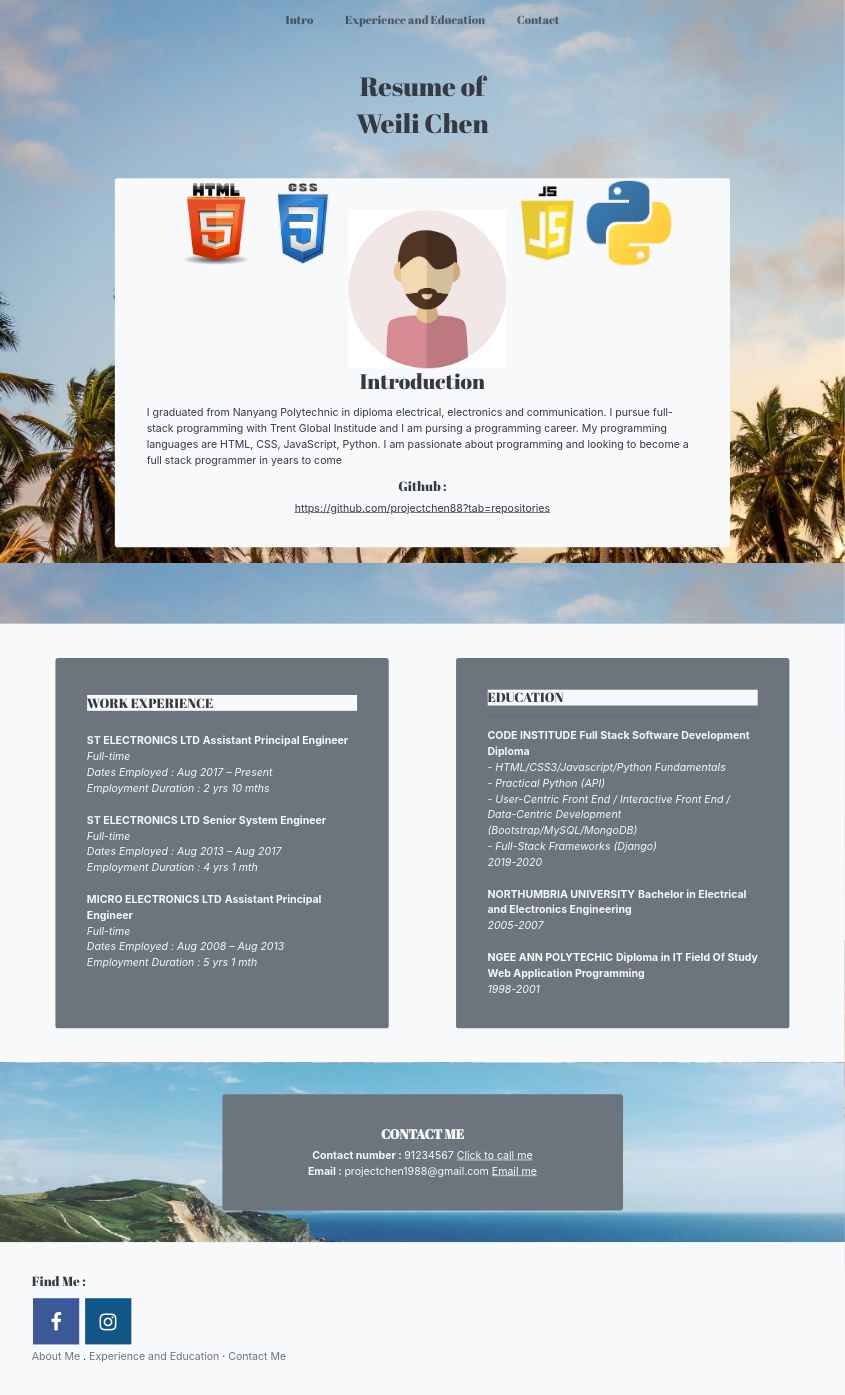
Repository: projectchen88/firstproject
Page: index.html
The author's editor kept a record of every edit. The page is drawn from the files as they stood at one moment, then again after the next edit.
The browser window is 1280 px wide. The pictures show the whole page, at 66% of full size.
Backgrounds fixed to the window are drawn as part of the page. Some web libraries are served in a nearby version.

Above is the page before.

After the next edit:
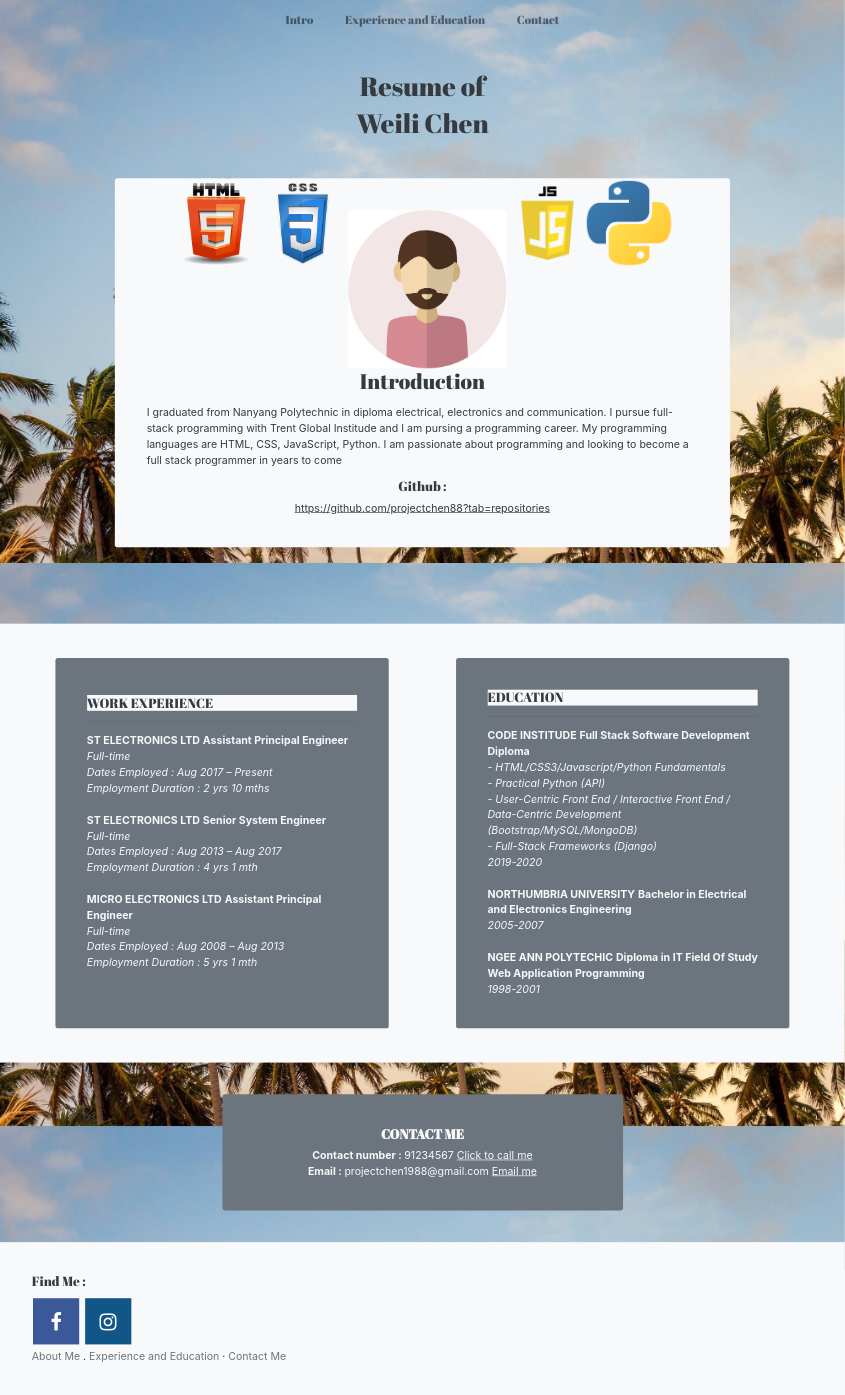
The edit:
--- a/styles/style.css
+++ b/styles/style.css
@@ -100,7 +100,7 @@
   100% { left:0px; top:0px;}
 }
 
-
+CONTACT -
 #contact {
     /*height : 200px;*/
     height: auto;

After the 2 edits that followed:
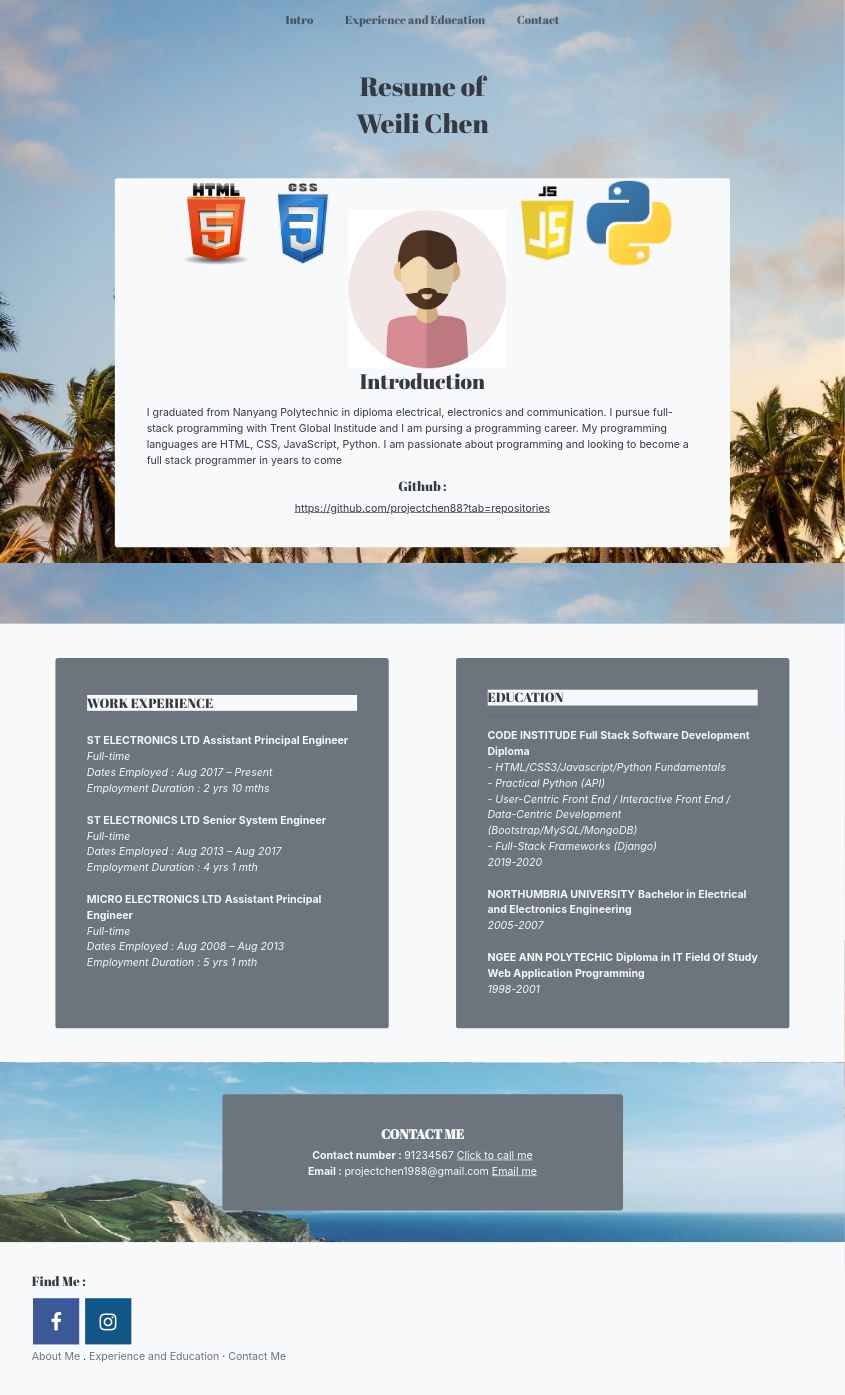
The 2 edits are shown as one change because 1 left the picture as it was.
The edit:
--- a/styles/style.css
+++ b/styles/style.css
@@ -11,7 +11,7 @@
     font-size: 1.1rem;
 }
 
-/* BODY - SET FIXED background image */
+/* BODY - Set fixed background image */
 body {
     height : 200px;
     height: auto;
@@ -100,7 +100,7 @@
   100% { left:0px; top:0px;}
 }
 
-CONTACT -
+/*CONTACT - background image*/
 #contact {
     /*height : 200px;*/
     height: auto;
